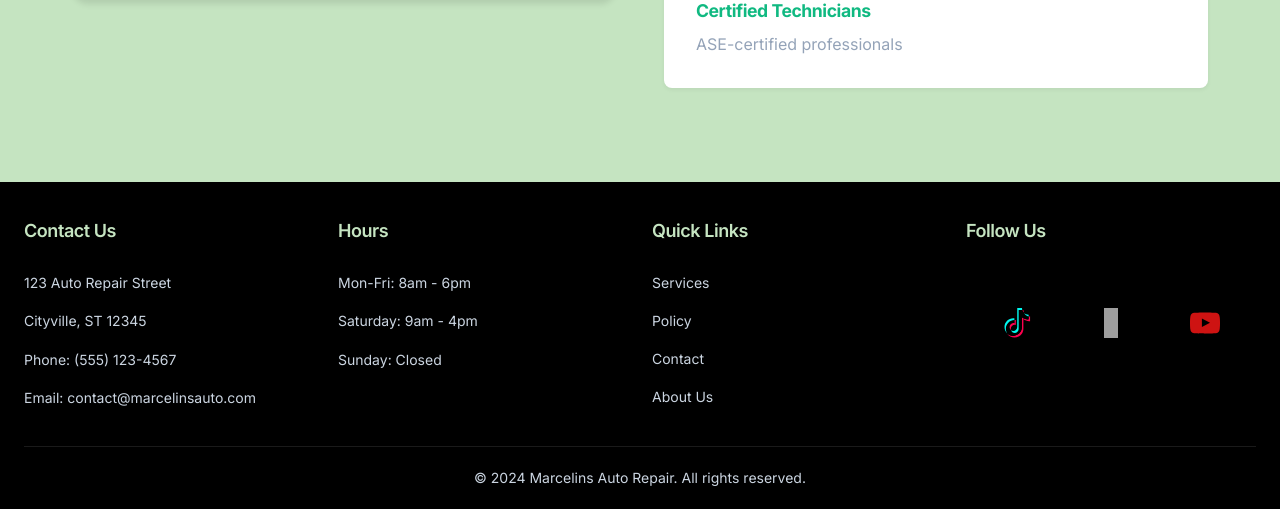
Repository: ilovegames507/twebsite-2
Page: frontend/public/about.html
An editor plug-in stored every save of this project. The page is shown before and after the next save, followed by the edit.
The browser window is 1280 px wide. The pictures show the part of the page from y = 538 to 1047 px (the page is 1047 px tall).
Pictures or frames that could not be fetched are drawn as grey boxes.

Above is the page before, as saved 2025-03-18 21:38:27.

After the next save:
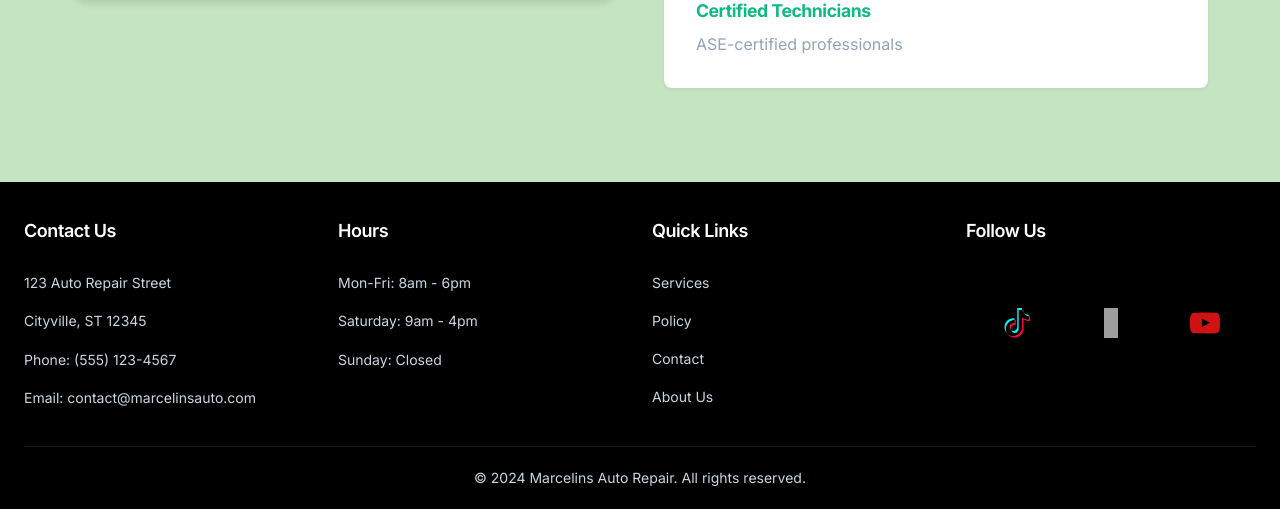
Saved 16 s later.
--- a/frontend/public/styles/components/footer.css
+++ b/frontend/public/styles/components/footer.css
@@ -43,7 +43,7 @@ main {
     font-size: var(--size-lg);
     font-weight: 600;
     margin-bottom: var(--size-xs);
-    color: var(--clr-light);
+    color: var(--clr-white);
 }
 
 .footer__text {
